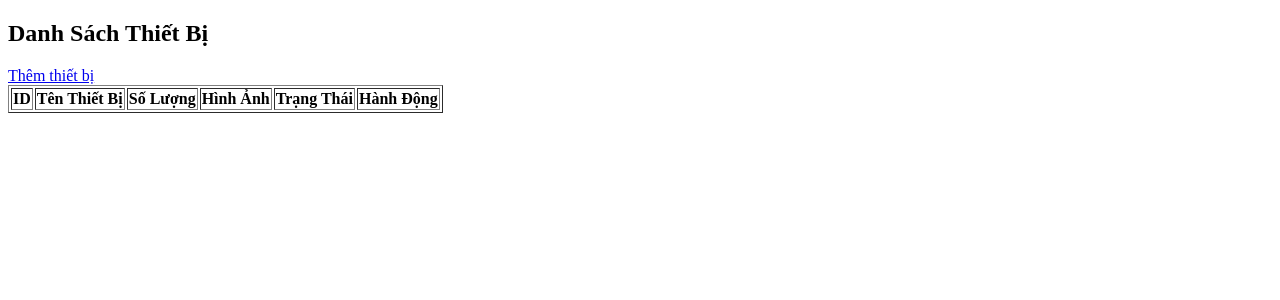
Repository: vuduckhoa/K22CNT2_VuDucKhoa_2210900032_project3
Page: http://localhost/K22CNT2_VuDucKhoa_2210900032_PRJ3/WEB-INF/views/thietbi/list.jsp
The author's editor kept a copy of each file at every save. The page is drawn from the files as they stood at one save, then again after the next save.
The browser window is 1280 px wide. The pictures show the whole page.
The page is served by Tomcat 9. Nobody is signed in. The template is opened directly, without the code that normally fills it, so the values that code supplies are empty.

Above is the page before, as saved 2025-03-04 02:03:21.

After the next save:
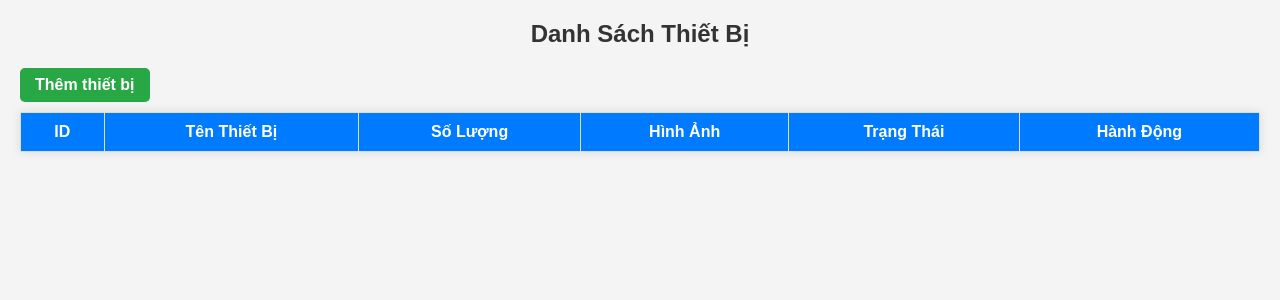
Saved 66 s later.
--- a/K22CNT2_VuDucKhoa_2210900032_PRJ3/src/main/webapp/WEB-INF/views/thietbi/list.jsp
+++ b/K22CNT2_VuDucKhoa_2210900032_PRJ3/src/main/webapp/WEB-INF/views/thietbi/list.jsp
@@ -5,11 +5,63 @@
 <html>
 <head>
     <title>Danh Sách Thiết Bị</title>
+    <style>
+        body {
+            font-family: Arial, sans-serif;
+            margin: 20px;
+            background-color: #f4f4f4;
+        }
+        h2 {
+            text-align: center;
+            color: #333;
+        }
+        table {
+            width: 100%;
+            border-collapse: collapse;
+            background: white;
+            box-shadow: 0 0 10px rgba(0, 0, 0, 0.1);
+        }
+        th, td {
+            padding: 10px;
+            text-align: center;
+            border: 1px solid #ddd;
+        }
+        th {
+            background-color: #007bff;
+            color: white;
+        }
+        tr:nth-child(even) {
+            background-color: #f2f2f2;
+        }
+        a {
+            text-decoration: none;
+            color: #007bff;
+            font-weight: bold;
+        }
+        a:hover {
+            color: #0056b3;
+        }
+        .btn-add {
+            display: inline-block;
+            margin-bottom: 10px;
+            padding: 8px 15px;
+            background-color: #28a745;
+            color: white;
+            border-radius: 5px;
+            text-decoration: none;
+        }
+        .btn-add:hover {
+            background-color: #218838;
+        }
+        img {
+            border-radius: 5px;
+        }
+    </style>
 </head>
 <body>
     <h2>Danh Sách Thiết Bị</h2>
-    <a href="add">Thêm thiết bị</a>
-    <table border="1">
+    <a href="add" class="btn-add">Thêm thiết bị</a>
+    <table>
         <tr>
             <th>ID</th>
             <th>Tên Thiết Bị</th>
